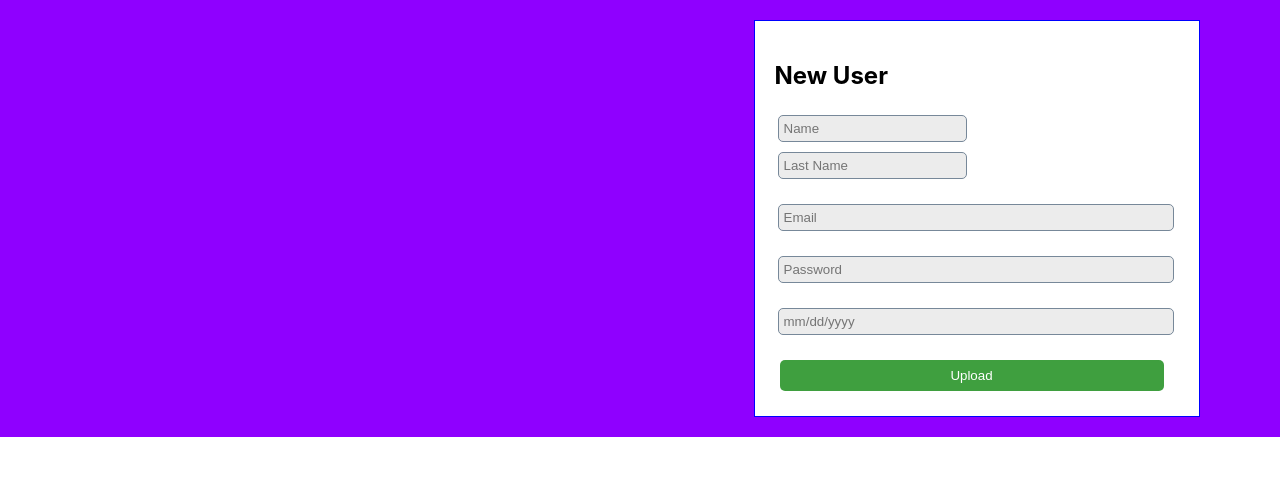
Repository: RobertAries28/CrudUsuarios
Page: /
These files come from the project's save history. The page is drawn as it stood at one moment and after the next save; the edit follows.
The browser window is 1280 px wide. The pictures show the whole page.
The page's requests for data from a server got no answer. The project was rebuilt for these pictures with package versions that can differ from the ones it lists, and the page was loaded fresh each time. No one was signed in, and anything a server would have sent is missing.

Above is the page before, as saved 2022-05-23 21:42:53.

### src/App.js

import axios from 'axios';
import { useEffect, useState } from 'react';
import './App.css';
import UsersForm from './UsersForm';
import UsersList from './UsersList';

const App=()=> {

  const [users,setUsers]= useState([])
  const [userEdit, setUserEdit]= useState(null)
  useEffect(()=>{
    axios.get('https://users-crud1.herokuapp.com/users/')
    .then(res=>setUsers(res.data))

  },[]);
  console.log(users)

  const getUsers=()=>{
    axios.get('https://users-crud1.herokuapp.com/users/')
    .then(res=>setUsers(res.data))
  }

    const addUsers= user=>{
      axios.post('https://users-crud1.herokuapp.com/users/',user).then(()=>getUsers())
      setUsers([...users,user])
    }

    const removeUsers=(id)=>{
      axios.delete(`https://users-crud1.herokuapp.com/users/${id}/`).then(()=>getUsers())


    }

    const selectUsers=user=> setUserEdit(user);

    const updateUsers= userInfo=>{

      axios.put(`https://users-crud1.herokuapp.com/users/${userInfo.id}/`,userInfo)
      const index= users.findIndex(user=>
        user.id === userInfo.id);

        users[index]= userInfo;
        setUsers([...users])
    }
  return (
    <div className="App">
     <UsersList users={users} selectUsers={selectUsers} removeUsers={removeUsers}/>
     <UsersForm addUsers={addUsers}
         userEdit={userEdit}
         selectUsers={selectUsers}
         updateUsers={updateUsers}/>
    </div>
  );
}

export default App;

### src/App.css
.App{
  background: #8F00FF;
  height: 100%;
  padding: 20px 0;
  display: flex;
  justify-content: space-around;

}


@media screen and (max-width:768px){
  .App{
    flex-direction: column;
    justify-content: center;
    align-items: center;
  }

  .users{
    width: 100%;
  }

  .formUser{
    width: 100%;
  }

  .infoUsers ul{
    width: 100%;
  }
}

ul{
  list-style: none;
  padding: 0;
  margin: 0 0;



}

.users{
  border-radius: 20px;


  display: flex;
  justify-content: space-around;
  align-items: center;
  border: 1px solid blue;
  background: white;
  padding: 20px 0;

}
.infoUsers{
  width: 40%;
}

.form{
  display: flex;
  flex-direction: column;
  justify-content: center;
  align-items: center;
  border: 1px solid blue;
  background: white;




}

.formUser{
  padding-left: 20px;
  padding-right: 40px;
  padding-top: 20px;
  padding-bottom: 20px;
  width: 30%;
  border: 1px solid blue;
  background: white;
  height: 40%;
}

input{
padding: 5px;
margin: 5px 3px;
border-radius: 5px;
border: 1px solid lightslategray;
background:
#ECECEC
;


}

form{
  width: 100%;
}

.buttonDate{
  width: 100%;
  margin: 5px;
  padding: 8px;
  background: #3f9f3f;
  border: none;
  border-radius: 5px;
  color: white;
}

.date{
  width: 100%;
}
label{
  margin: 2px;
}


.dateUsers{
  margin: 15px 0;
}

### src/UsersForm.js
import React, { useEffect, useState } from 'react';
import './App.css';

const UsersForm = ({addUsers,updateUsers,userEdit,selectUsers}) => {

        const [name,setName]= useState("");

        const [lastName, setLatName] = useState("");
        const [email,setEmail]= useState("");


        const [birthday, setBirthday] = useState("")
        const [password, setPassword] = useState("")

      useEffect(()=>{
          console.log("Cambio productEdit")

          if(userEdit){
              setName(userEdit.first_name);
              setLatName(userEdit.last_name);
              setEmail(userEdit.email)
              setBirthday(userEdit.birthday)
              setPassword(userEdit.password)
          } else{
              setName("");
              setLatName("");
              setEmail("");
              setBirthday("");
              setPassword("")
          }
      },[userEdit])

        const submit=(e)=>{
            e.preventDefault();
            const user={

                first_name:name,
                last_name:lastName,
              email:email,
              birthday:birthday,
              password:password
            }

           if(userEdit){
               user.id= userEdit.id
             updateUsers(user);
           }else{

            addUsers(user)
        }



        }
        return (
            <div className='formUser'>
                <form onSubmit={submit}>
                  <h2>New User</h2>
                <div className='dateUsers'>

                      <input placeholder='Name' type="text"
                             id="name"
                             onChange={e=> setName(e.target.value)}
                                 value={name}
                             />


                      <input placeholder='Last Name' type="text"
                             id="lastname"
                             onChange={e=> setLatName(e.target.value)}
                                 value={lastName}
                             />
                  </div>

                  <div className='dateUsers'>

                      <input placeholder='Email' className='date' type="email"
                             id="email"
                             onChange={e=> setEmail(e.target.value)}
                                 value={email}
                             />
                  </div>

                  <div className='dateUsers'>

                      <input placeholder='Password' className='date' type="password"
                      id='password'
                      onChange={e=> setPassword(e.target.value)}
                      value={password} />
                  </div>

                  <div className='dateUsers'>

                      <input placeholder='mm/dd/yyyy' className='date' type="text"
                      id='birthday'
                      onChange={e=> setBirthday(e.target.value)}
                      value={birthday} />
                  </div>



                  <button className='buttonDate' >Upload</button>

                  {
                      userEdit &&
                      <button type='button'
                        onClick={()=> selectUsers(null)}
                      >Cancelar</button>
                  }
                </form>
            </div>
    );
}

export default UsersForm;

### src/UsersList.js
import React from 'react';
import './App.css';

const UsersList = ({users,removeUsers,selectUsers}) => {
    return (
        <div className='infoUsers'>
               <ul>
                {
                    users.map(user=>(
                        <li className='users' style={{marginBottom:"10px"}} key={user.id}>
                            <ul>
                                <li><b>Nombre: </b>{user.first_name}</li>
                                <li><b>Apellido: </b>{user.last_name}</li>
                                <li><b>Email: </b>{user.email}</li>
                                <li><b>Brithday: </b>{user.birthday}</li>
                            </ul>
                            <div className='button'>
                            <button onClick={()=>removeUsers(user.id)}>Eliminar</button>
                       <button onClick={()=>selectUsers(user)}>Actualizar</button>
                       </div>
                        </li>
                    ))
                }
            </ul>
        </div>
    );
}

export default UsersList;

Loaded but not shown: public/index.html (common file); src/index.js (common file); src/index.css (common file); src/reportWebVitals.js (common file)

After the next save:
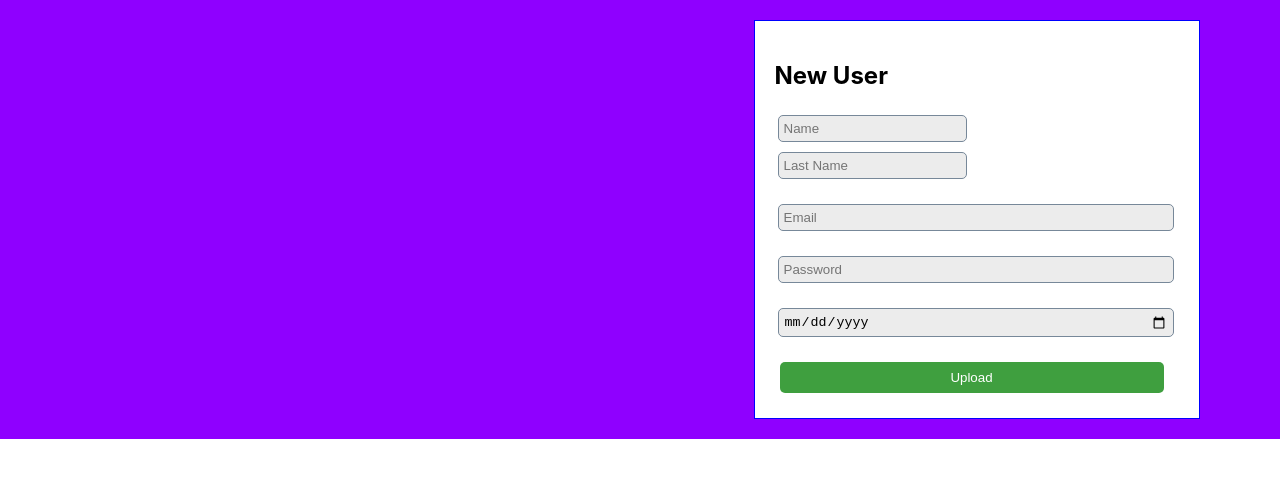
Saved 3 days later.
--- a/src/UsersForm.js
+++ b/src/UsersForm.js
@@ -91,7 +91,7 @@ const UsersForm = ({addUsers,updateUsers,userEdit,selectUsers}) => {
 
                   <div className='dateUsers'>
 
-                      <input placeholder='mm/dd/yyyy' className='date' type="text"
+                      <input placeholder='mm/dd/yyyy' className='date' type="date"
                       id='birthday'
                       onChange={e=> setBirthday(e.target.value)}
                       value={birthday} />
